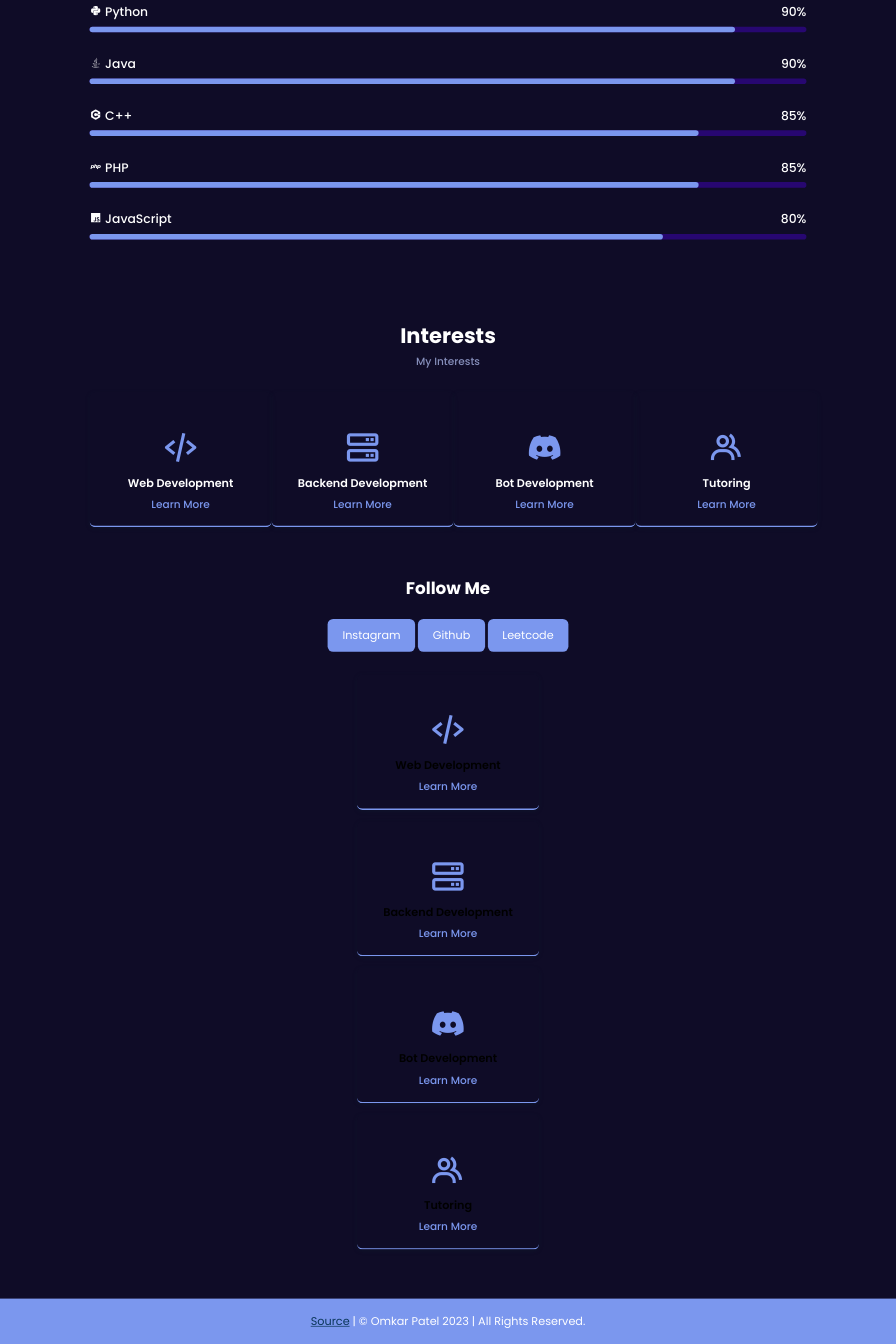
Repository: omkarxpatel/Omkar-Portfolio
Page: src/index.html
The author's editor kept a copy of each file at every save. The page is drawn from the files as they stood at one save, then again after the next save.
The browser window is 1280 px wide. The pictures show the part of the page from y = 1613 to 3533 px (the page is 3533 px tall before and 3486 px after), at 70% of full size.
A picture or video elsewhere on the page could not be fetched, so the positions and the page height are approximate.

Above is the page before, as saved 2023-03-25 18:01:23.

After the next save:
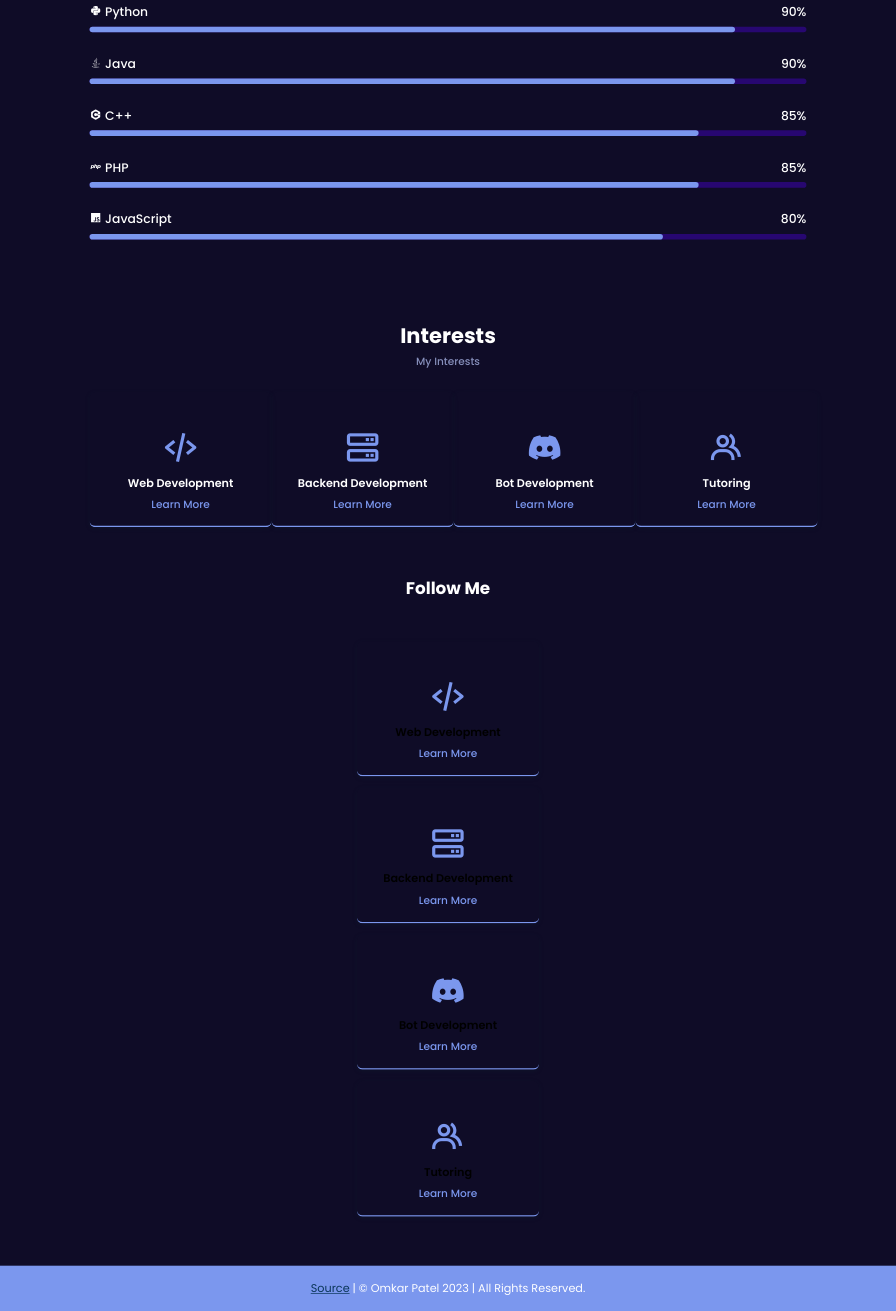
Saved 16 s later.
--- a/src/index.html
+++ b/src/index.html
@@ -243,9 +243,9 @@
                          <div class="footer">
                                 <h2>Follow Me</h2>
                                 <div class="footer-social">
-                                    <a href="#contact" onclick="window.open('https://www.instagram.com/omkarvpatel', '_blank');" class="btn">Instagram</a>
+                                    <!-- <a href="#contact" onclick="window.open('https://www.instagram.com/omkarvpatel', '_blank');" class="btn">Instagram</a>
                                     <a href="#contact" onclick="window.open('https://github.com/omkarxpatel', '_blank');" class="btn">Github</a>
-                                    <a href="#contact" onclick="window.open('https://leetcode.com/omkarxpatel', '_blank');" class="btn">Leetcode</a>
+                                    <a href="#contact" onclick="window.open('https://leetcode.com/omkarxpatel', '_blank');" class="btn">Leetcode</a> -->
 
                                     <div class="interests-content">
 
